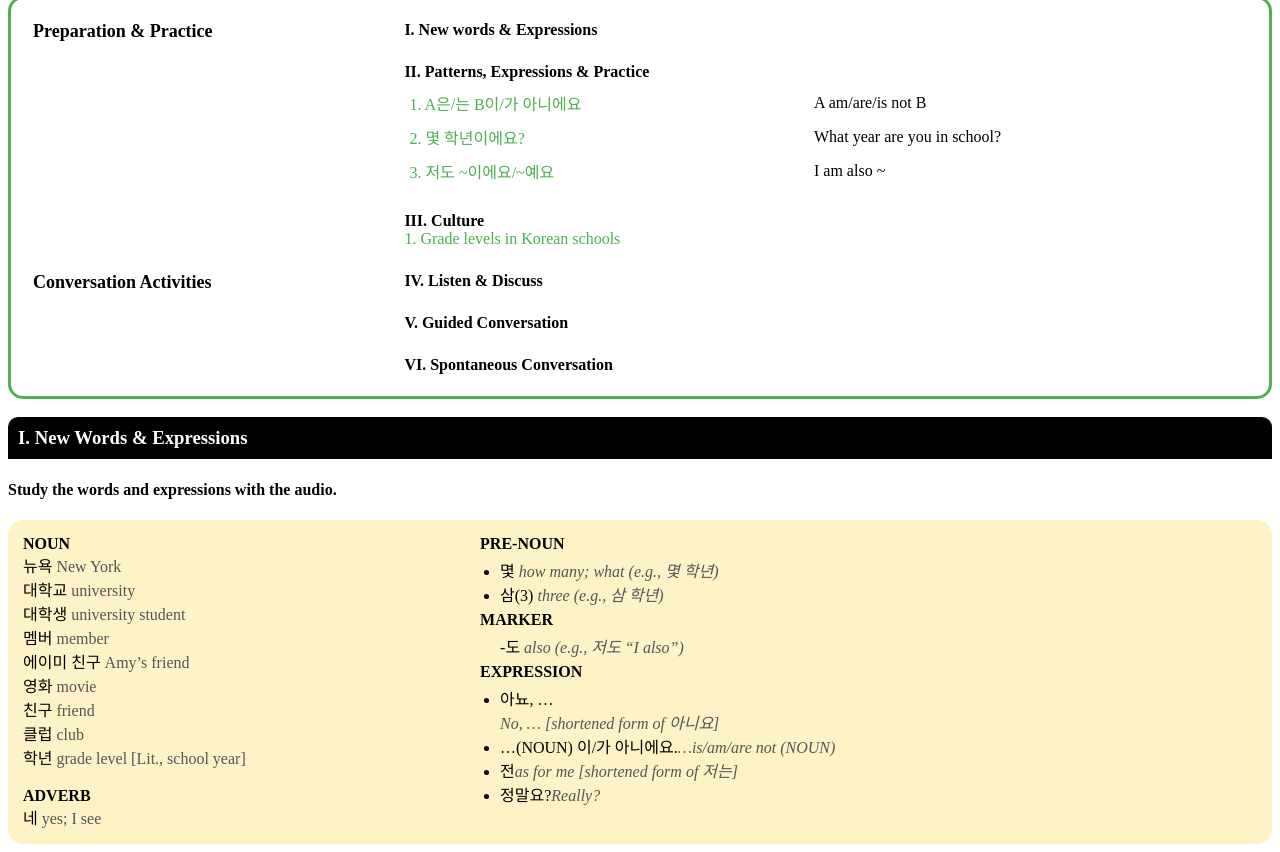
Repository: elliehong89/pineapple-content
Page: 1.anytimekorea/chap3/섹션1~3.html
An editor plug-in stored every save of this project. The page is shown before and after a run of saves, followed by the edit.
The browser window is 1280 px wide. The pictures show the part of the page from y = 416 to 1268 px (the page is 1268 px tall before and 1250 px after).
A picture or video elsewhere on the page could not be fetched, so the positions and the page height are approximate.

Above is the page before, as saved 2025-02-19 17:15:54.

After the next 2 saves:
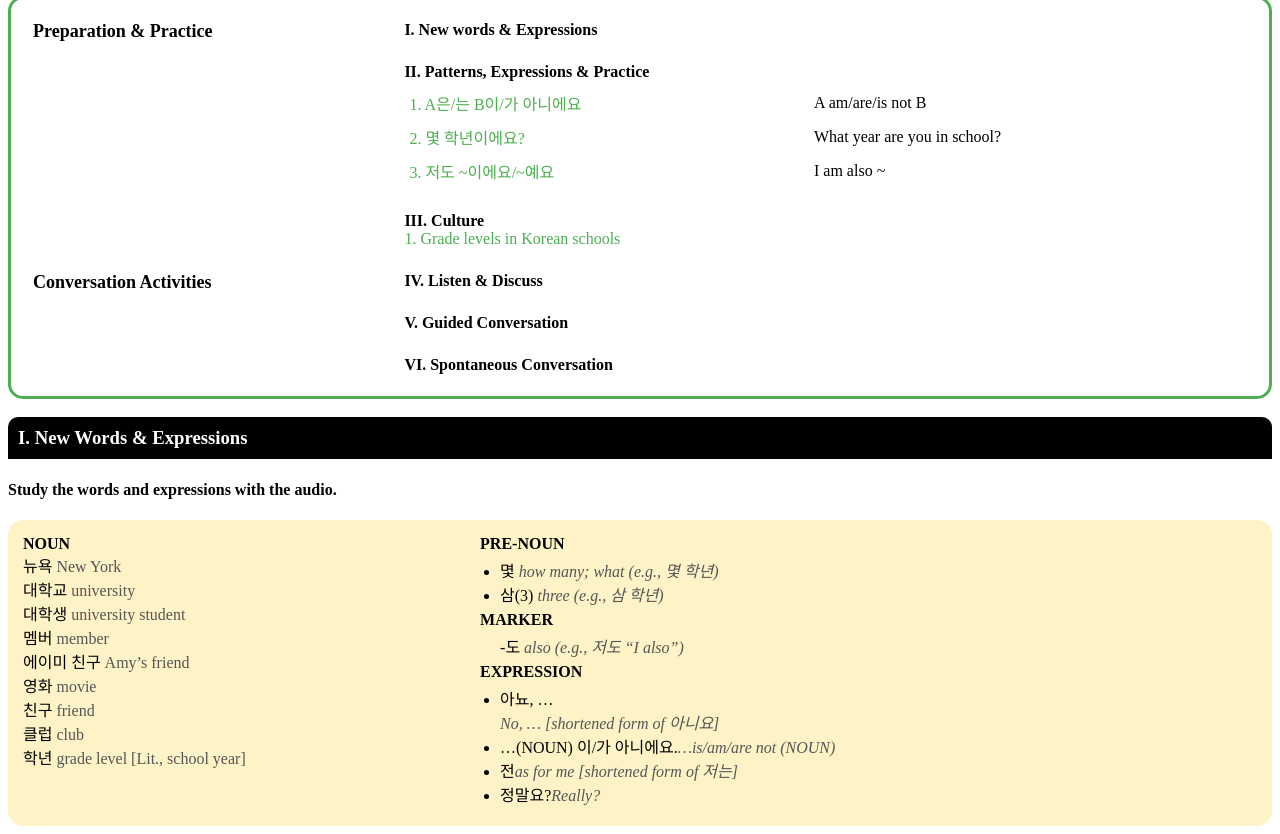
The 2 saves are shown as one change because they came seconds apart.
The last was saved 104 s later.
--- a/1.anytimekorea/chap3/섹션1~3.html
+++ b/1.anytimekorea/chap3/섹션1~3.html
@@ -69,9 +69,6 @@
             <div>친구 <span style="color: #555;">friend</span></div>
             <div>클럽 <span style="color: #555;">club</span></div>
             <div>학년 <span style="color: #555;">grade level [Lit., school year]</span></div>
-            <br>
-            <div><strong>ADVERB</strong></div>
-            <div>네 <span style="color: #555;">yes; I see</span></div>
         </div>
         <div style="width: 64%;">
             <div><strong>PRE-NOUN</strong></div>
